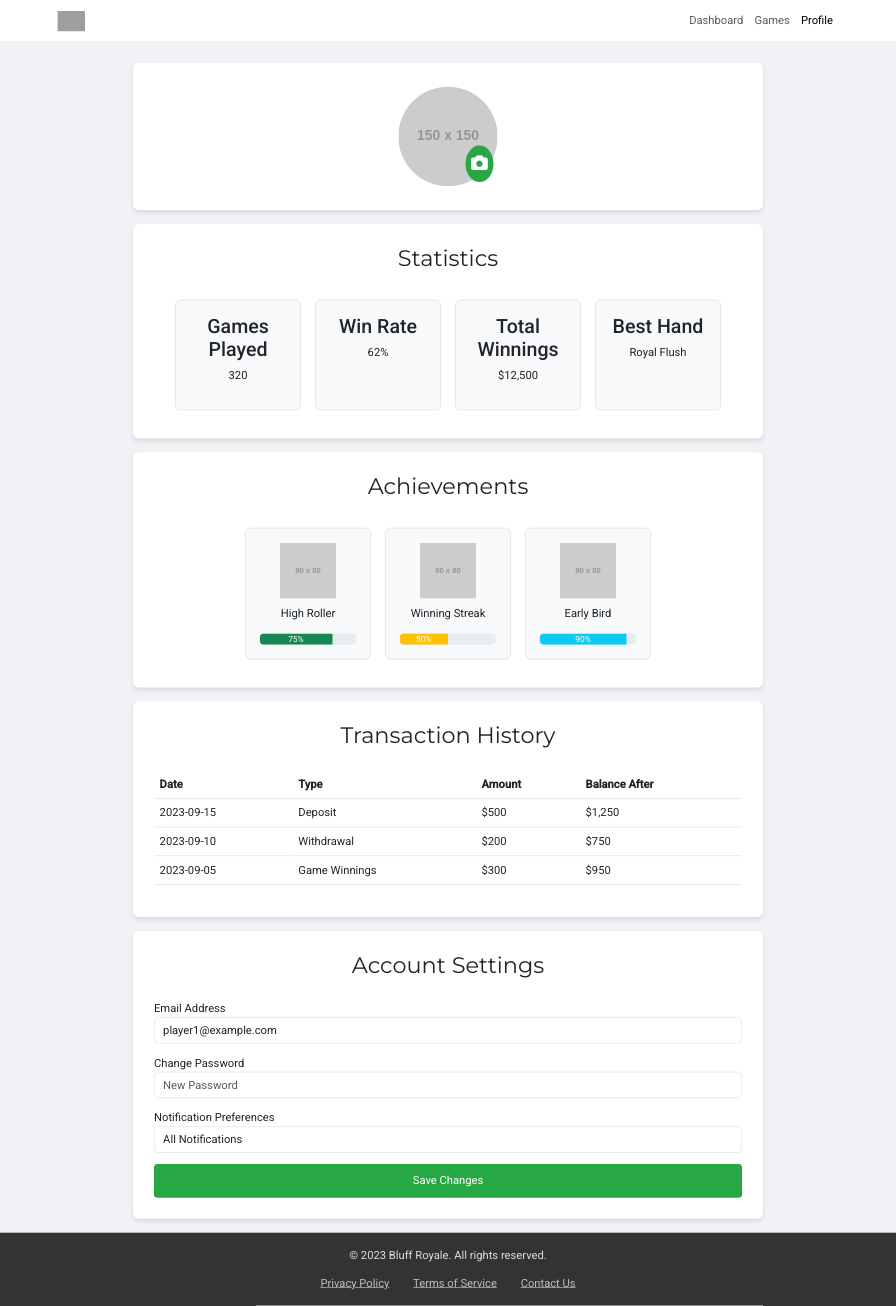
Repository: KidBillionaire/newapp
Page: public/settings.html
These files come from the project's save history. The page is drawn as it stood at one moment and after the next save; the edit follows.
The browser window is 1280 px wide. The pictures show the whole page, at 70% of full size.
Pictures or frames that could not be fetched are drawn as grey boxes.

Above is the page before, as saved 2024-10-10 21:35:32.

### public/settings.html
<!DOCTYPE html>
<html lang="en">
<head>
  <meta charset="UTF-8">
  <meta name="viewport" content="width=device-width, initial-scale=1.0">
  <title>Bluff Royale - Profile</title>
  <link href="https://fonts.googleapis.com/css2?family=Montserrat:wght@400;700&family=Roboto:wght@400;500&display=swap" rel="stylesheet">
  <link href="https://cdn.jsdelivr.net/npm/bootstrap@5.3.0/dist/css/bootstrap.min.css" rel="stylesheet">
  <link rel="stylesheet" href="https://cdnjs.cloudflare.com/ajax/libs/font-awesome/6.4.0/css/all.min.css">
  <style>
    body {
      background-color: #f0f2f5;
      font-family: 'Roboto', sans-serif;
      padding-top: 70px;
    }

    .profile-container {
      max-width: 900px;
      margin: 20px auto;
    }

    .section {
      background: #ffffff;
      border-radius: 8px;
      box-shadow: 0 4px 8px rgba(0, 0, 0, 0.1);
      padding: 30px;
      margin-bottom: 20px;
    }

    h2 {
      font-family: 'Montserrat', sans-serif;
      text-align: center;
      margin-bottom: 30px;
    }

    .profile-picture img {
      border-radius: 50%;
      border: 4px solid #fff;
      width: 150px;
      height: 150px;
      object-fit: cover;
    }

    .upload-button {
      position: absolute;
      bottom: 10px;
      right: 10px;
      cursor: pointer;
      font-size: 1.5em;
      background: #28a745;
      color: #fff;
      border-radius: 50%;
      padding: 8px;
    }

    .upload-button:hover {
      background: #218838;
    }

    .stat-item, .achievement-item {
      text-align: center;
      border: 1px solid #ddd;
      border-radius: 8px;
      padding: 20px;
      width: 180px;
      margin: 10px;
      background-color: #f8f9fa;
    }

    .achievement-item img {
      width: 80px;
      height: 80px;
      margin-bottom: 10px;
    }

    .transaction-history table {
      width: 100%;
    }

    .save-button {
      width: 100%;
      background-color: #28a745;
      color: #fff;
      border: none;
      border-radius: 5px;
      padding: 12px;
      transition: background-color 0.3s ease;
    }

    .save-button:hover {
      background-color: #218838;
    }

    footer {
      background-color: #333;
      padding: 20px 0;
      color: #ddd;
    }

    footer a {
      color: #bbb;
      margin: 0 15px;
    }

    footer a:hover {
      color: #fff;
    }
  </style>
</head>
<body>
  <!-- Navbar -->
  <nav class="navbar navbar-expand-lg navbar-light bg-white fixed-top">
    <div class="container">
      <a class="navbar-brand" href="#">
        <img src="logo.png" alt="Bluff Royale" style="height: 30px;">
      </a>
      <button class="navbar-toggler" type="button" data-bs-toggle="collapse" data-bs-target="#navbarNav">
        <span class="navbar-toggler-icon"></span>
      </button>
      <div class="collapse navbar-collapse justify-content-end" id="navbarNav">
        <ul class="navbar-nav">
          <li class="nav-item"><a class="nav-link" href="dashboard.html">Dashboard</a></li>
          <li class="nav-item"><a class="nav-link" href="create-table.html">Games</a></li>
          <li class="nav-item"><a class="nav-link active" href="profile.html">Profile</a></li>
        </ul>
      </div>
    </div>
  </nav>

  <!-- Profile Container -->
  <div class="profile-container">
    <!-- User Info Section -->
    <div class="section text-center user-info">
      <div class="profile-picture position-relative d-inline-block">
        <img id="profileImage" src="https://via.placeholder.com/150" alt="Profile Picture">
        <input type="file" id="imageUpload" accept=".png, .jpg, .jpeg" hidden />
        <label for="imageUpload" class="upload-button"><i class="fas fa-camera"></i></label>
      </div>
    </div>

    <!-- Statistics Section -->
    <div class="section statistics">
      <h2>Statistics</h2>
      <div class="d-flex justify-content-center">
        <div class="stat-item">
          <h3>Games Played</h3>
          <p>320</p>
        </div>
        <div class="stat-item">
          <h3>Win Rate</h3>
          <p>62%</p>
        </div>
        <div class="stat-item">
          <h3>Total Winnings</h3>
          <p>$12,500</p>
        </div>
        <div class="stat-item">
          <h3>Best Hand</h3>
          <p>Royal Flush</p>
        </div>
      </div>
    </div>

    <!-- Achievements Section -->
    <div class="section achievements">
      <h2>Achievements</h2>
      <div class="d-flex justify-content-center">
        <div class="achievement-item">
          <img src="https://via.placeholder.com/80" alt="High Roller Badge">
          <p>High Roller</p>
          <div class="progress mt-2">
            <div class="progress-bar bg-success" style="width: 75%;">75%</div>
          </div>
        </div>
        <div class="achievement-item">
          <img src="https://via.placeholder.com/80" alt="Winning Streak Badge">
          <p>Winning Streak</p>
          <div class="progress mt-2">
            <div class="progress-bar bg-warning" style="width: 50%;">50%</div>
          </div>
        </div>
        <div class="achievement-item">
          <img src="https://via.placeholder.com/80" alt="Early Bird Badge">
          <p>Early Bird</p>
          <div class="progress mt-2">
            <div class="progress-bar bg-info" style="width: 90%;">90%</div>
          </div>
        </div>
      </div>
    </div>

    <!-- Transaction History Section -->
    <div class="section transaction-history">
      <h2>Transaction History</h2>
      <table class="table">
        <thead>
          <tr>
            <th>Date</th>
            <th>Type</th>
            <th>Amount</th>
            <th>Balance After</th>
          </tr>
        </thead>
        <tbody>
          <tr><td>2023-09-15</td><td>Deposit</td><td>$500</td><td>$1,250</td></tr>
          <tr><td>2023-09-10</td><td>Withdrawal</td><td>$200</td><td>$750</td></tr>
          <tr><td>2023-09-05</td><td>Game Winnings</td><td>$300</td><td>$950</td></tr>
        </tbody>
      </table>
    </div>

    <!-- Settings Section -->
    <div class="section settings">
      <h2>Account Settings</h2>
      <form id="settingsForm">
        <div class="form-group mb-3">
          <label for="email">Email Address</label>
          <input type="email" id="email" class="form-control" value="player1@example.com" required>
        </div>
        <div class="form-group mb-3">
          <label for="password">Change Password</label>
          <input type="password" id="password" class="form-control" placeholder="New Password">
        </div>
        <div class="form-group mb-3">
          <label for="notifications">Notification Preferences</label>
          <select id="notifications" class="form-control">
            <option value="all">All Notifications</option>
            <option value="email">Email Only</option>
            <option value="sms">SMS Only</option>
            <option value="none">No Notifications</option>
          </select>
        </div>
        <button type="button" class="save-button" onclick="saveSettings()">Save Changes</button>
      </form>
    </div>
  </div>

  <!-- Footer -->
  <footer class="text-center">
    <div class="container">
      <p>&copy; 2023 Bluff Royale. All rights reserved.</p>
      <a href="#">Privacy Policy</a>
      <a href="#">Terms of Service</a>
      <a href="#">Contact Us</a>
    </div>
  </footer>

  <!-- Image Upload Script -->
  <script>
    document.getElementById('imageUpload').addEventListener('change', function(event) {
      const [file] = event.target.files;
      if (file && file.type.startsWith('image/') && file.size <= 2 * 1024 * 1024) {
        document.getElementById('profileImage').src = URL.createObjectURL(file);
      } else {
        alert('Invalid file or size exceeds 2MB');
      }
    });
  </script>
</body>
</html>

After the next save:
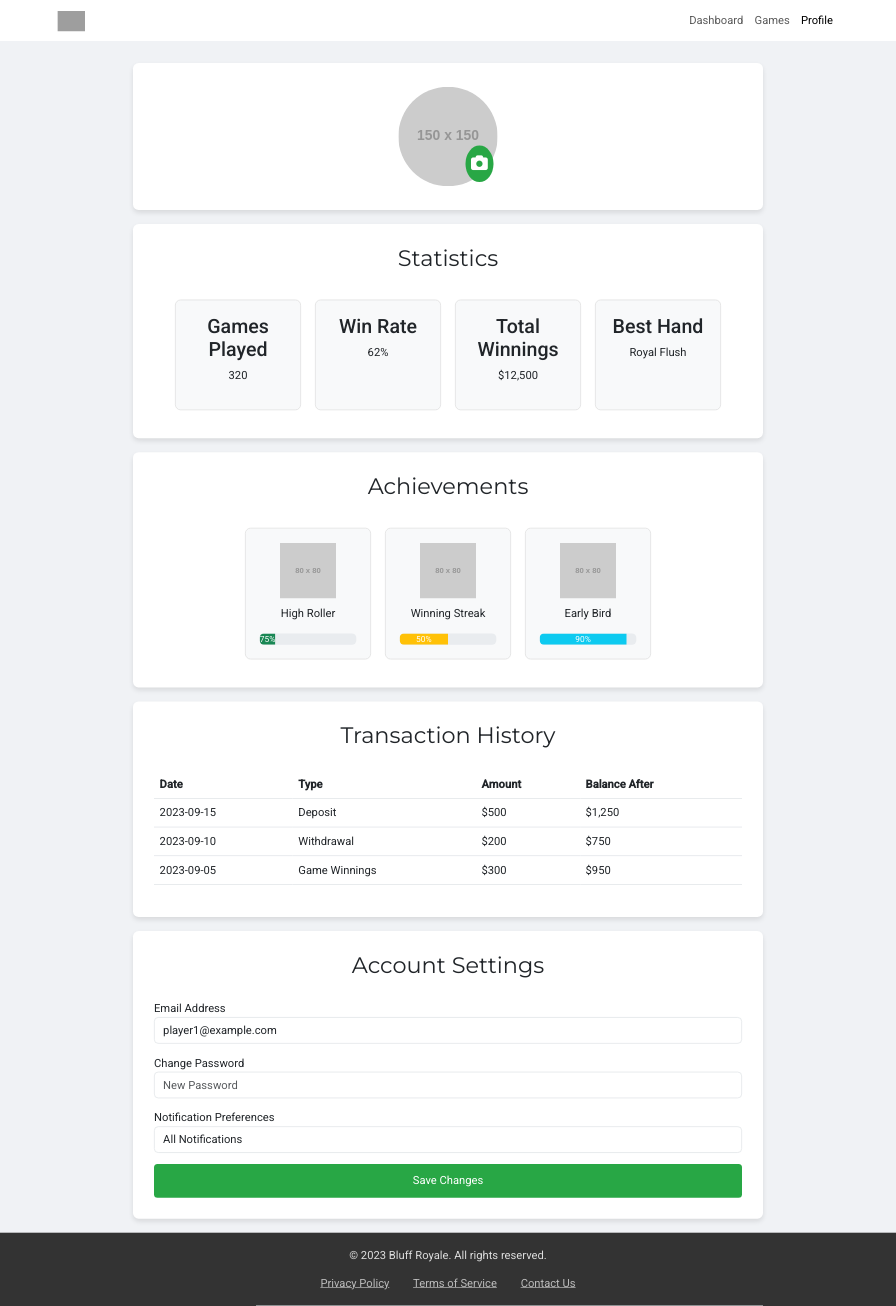
Saved 29 s later.
--- a/public/settings.html
+++ b/public/settings.html
@@ -114,7 +114,7 @@
       <a class="navbar-brand" href="#">
         <img src="logo.png" alt="Bluff Royale" style="height: 30px;">
       </a>
-      <button class="navbar-toggler" type="button" data-bs-toggle="collapse" data-bs-target="#navbarNav">
+    <button class="navbar-toggler" type="button" data-bs-toggle="collapse" data-bs-target="#navbarNav" title="Toggle Navigation">
         <span class="navbar-toggler-icon"></span>
       </button>
       <div class="collapse navbar-collapse justify-content-end" id="navbarNav">
@@ -169,7 +169,7 @@
           <img src="https://via.placeholder.com/80" alt="High Roller Badge">
           <p>High Roller</p>
           <div class="progress mt-2">
-            <div class="progress-bar bg-success" style="width: 75%;">75%</div>
+            <div class="progress-bar bg-success progress-bar-75">75%</div>
           </div>
         </div>
         <div class="achievement-item">
